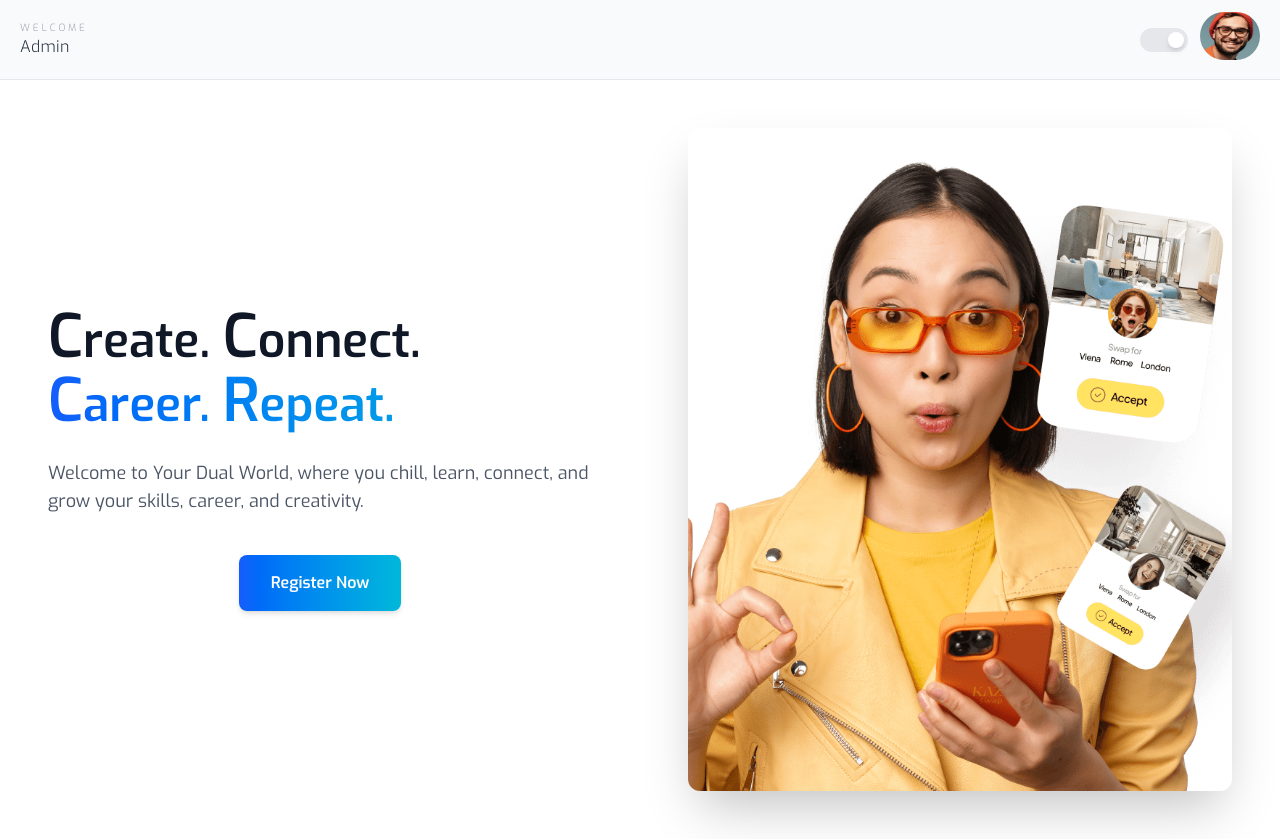
Repository: deepak445566/job
Page: / (app in frontend/)
The author's editor kept a copy of each file at every save. The page is drawn from the files as they stood at one save, then again after the next save.
The browser window is 1280 px wide. The pictures show the whole page.
The page's requests for data from a server got no answer. Some web fonts or font styles are not loaded; a fallback is used. The project was rebuilt for these pictures with package versions that can differ from the ones it lists, and the page was loaded fresh each time. Some packages were replaced by stand-ins written for this rebuild. No one was signed in, and anything a server would have sent is missing. Also part of the build but not shown: frontend/vite.config.js, frontend/src/Components/auth/Login.jsx, frontend/src/Components/study/StudyDashboard.jsx, frontend/src/Components/chill/CreateReelModal.jsx, frontend/src/Components/chill/ChillDashboard.jsx, frontend/src/Components/common/Footer.jsx.

Above is the page before, as saved 2026-02-27 14:50:32.

### frontend/index.html
<!doctype html>
<html lang="en">
  <head>
    <meta charset="UTF-8" />
    <link rel="icon" type="image/svg+xml" href="/vite.svg" />
    <meta name="viewport" content="width=device-width, initial-scale=1.0" />
    <title>frontend</title>
    <link rel="preconnect" href="https://fonts.googleapis.com">
<link rel="preconnect" href="https://fonts.gstatic.com" crossorigin>
<link href="https://fonts.googleapis.com/css2?family=Exo:ital,wght@0,100..900;1,100..900&family=Playfair+Display:ital,wght@0,400..900;1,400..900&display=swap" rel="stylesheet">
  </head>
  <body>
    <div id="root"></div>
    <script type="module" src="/src/main.jsx"></script>
  </body>
</html>

### frontend/src/main.jsx
import { StrictMode } from 'react'
import { createRoot } from 'react-dom/client'
import './index.css'
import App from './App.jsx'
import {BrowserRouter} from 'react-router-dom'
import { AppContextProvider } from './context/AppContextProvider.jsx'




createRoot(document.getElementById('root')).render(
  <BrowserRouter>
  <AppContextProvider>
  <StrictMode>
    <App />
  </StrictMode>
  </AppContextProvider>
  </BrowserRouter>
)

### frontend/src/index.css
@import "tailwindcss";
.exo{
  font-family: "Exo", sans-serif;

  font-style: normal;
}

### frontend/src/App.jsx
import React from "react";
import Login from "./Components/auth/Login";
import { Route, Routes } from "react-router-dom";
import Dashboard from "./Components/Dashboard";
import { useAppContext } from "./context/AppContextProvider";
import Layout from "./Components/common/Layout";

function App() {
  const { showLogin } = useAppContext();

  return (
    <>
      {showLogin && <Login />}

      <Routes>
        {/* Layout wrap karega sab routes ko */}
        <Route path="/" element={<Layout />}>
          <Route index element={<Dashboard />} />
        </Route>
      </Routes>
    </>
  );
}

export default App;

### frontend/src/context/AppContextProvider.jsx
import { useContext, useEffect, useState } from "react";
import { useNavigate } from "react-router-dom";
import axios from "axios";
import { AppContext } from "./AppContext";
import toast from 'react-hot-toast';

axios.defaults.withCredentials = true;
axios.defaults.baseURL = import.meta.env.VITE_BACKEND_URL;
console.log("Base URL:", import.meta.env.VITE_BACKEND_URL);

export const AppContextProvider = ({ children }) => {
  const navigate = useNavigate();
  const [user, setUser] = useState(null);
  const [mode, setMode] = useState('chill'); // Default 'chill' ya 'study'
  const [showLogin, setShowLogin] = useState(false);
  const [loading, setLoading] = useState(true);

  const fetchUser = async () => {
    try {
      const { data } = await axios.get("/api/auth/isauth");
      if (data.success) {
        setUser(data.user);
        // User login hai toh uski mode fetch karo
        fetchUserMode();
      }
    } catch (error) {
      setUser(null);
    } finally {
      setLoading(false);
    }
  };

  // User ka mode fetch karne ka function
  const fetchUserMode = async () => {
    try {
      const { data } = await axios.get("/api/mode/");
      if (data.success) {
        setMode(data.mode);
      }
    } catch (error) {
      console.log("Error fetching mode:", error);
    }
  };

  // Mode toggle karne ka function
  const toggleMode = async () => {
    if (!user) {
      toast.error("Please login first");
      setShowLogin(true);
      return;
    }

    try {
      const { data } = await axios.put("/api/mode/switch");
      if (data.success) {
        setMode(data.mode);
        toast.success(data.message);
      }
    } catch (error) {
      toast.error(error.response?.data?.message || "Error switching mode");
    }
  };

  useEffect(() => {
    fetchUser();
  }, []);

  return (
    <AppContext.Provider
      value={{
        navigate,
        user,
        setUser,
        axios,
        setShowLogin,
        showLogin,
        mode,
        setMode,
        toggleMode,
        loading
      }}
    >
      {children}
    </AppContext.Provider>
  );
};

export const useAppContext = () => useContext(AppContext);

### frontend/src/Components/Dashboard.jsx
// components/Dashboard.jsx
import React from 'react';
import { useAppContext } from '../context/AppContextProvider';
import StudyDashboard from './study/StudyDashboard';
import ChillDashboard from './chill/ChillDashboard';

function Dashboard() {
  const { mode, user, setShowLogin, loading } = useAppContext();

  // Loading state
  if (loading) {
    return (
      <div className="min-h-screen flex items-center justify-center">
        <div className="text-center">
          <div className="w-16 h-16 border-4 border-blue-500 border-t-transparent rounded-full animate-spin mx-auto mb-4"></div>
          <p className="text-gray-600">Loading dashboard...</p>
        </div>
      </div>
    );
  }

  // Agar user login nahi hai
  if (!user) {
    return (
     <div className="min-h-screen  flex items-center justify-center  exo">

      <div className=" w-full   rounded-2xl overflow-hidden flex flex-col md:flex-row">

        {/* Left side: Text and button */}
        <div className="w-full md:w-1/2 p-5 sm:p-10 lg:p-12 flex flex-col justify-center space-y-6">
          {/* Heading */}
          <h1 className="text-4xl sm:text-5xl font-semibold text-gray-900 leading-tight">
           <span className='text-6xl'>C</span>reate.  <span className='text-6xl'>C</span>onnect.
            <span className="text-transparent bg-clip-text bg-gradient-to-r from-blue-600 to-cyan-500 block ">
             <span className='text-6xl'>C</span>areer.  <span className='text-6xl exo'>R</span>epeat.
            </span>
          </h1>

          {/* Paragraph */}
          <p className="text-lg text-gray-600 ">
           Welcome to Your Dual World, where you chill, learn, connect, and grow your skills, career, and creativity.
          </p>

          {/* Register Now Button */}
          <div className="pt-4 flex justify-center">
            <button onClick={()=>setShowLogin(true)} className="px-8 py-4 bg-gradient-to-r from-blue-600 to-cyan-500 text-white font-semibold rounded-lg shadow-md hover:shadow-lg transform hover:scale-105 transition-all duration-300 ease-in-out focus:outline-none focus:ring-2 focus:ring-blue-400 focus:ring-offset-2">
              Register Now
            </button>
          </div>


        </div>

        {/* Right side: Image */}
        <div className="w-full md:w-1/2  flex items-center justify-center p-3 sm:p-10 lg:p-12">

          <img
            src="/images/m.png"
            alt="Hero visual representing our platform"
            className="w-full h-auto rounded-xl shadow-2xl object-cover transform hover:scale-105 transition-transform duration-500"
          />
        </div>
      </div>
    </div>
    );
  }

  // Mode ke hisaab se dashboard render karo
  return (
    <div className="transition-all duration-500">
      {mode === 'study' ? <StudyDashboard /> : <ChillDashboard />}
    </div>
  );
}

export default Dashboard;

### frontend/src/Components/common/Layout.jsx
import Navbar from "./Navbar";
import FloatingDockMinimal from "./Footer";
import { Outlet } from "react-router-dom";
import { useAppContext } from "../../context/AppContextProvider";

function Layout() {
  const { user } = useAppContext(); // ya isAuthenticated

  return (
    <div className="min-h-screen flex flex-col">
      <Navbar />

      {/* Page Content */}
      <div className={`flex-1 ${user ? "pb-20" : ""}`}>
        <Outlet />
      </div>

      {/* 👇 Sirf login user ko dikhega */}
      {user && <FloatingDockMinimal />}
    </div>
  );
}

export default Layout;

### frontend/src/Components/common/Navbar.jsx
import React, { useState } from "react";
import { useAppContext } from "../../context/AppContextProvider";
import toast from "react-hot-toast";

function Navbar() {
  const { user, setUser, axios, setShowLogin, navigate, mode, toggleMode } =
    useAppContext();
  const [loggingOut, setLoggingOut] = useState(false);
  const [togglingMode, setTogglingMode] = useState(false);
  const [showProfileMenu, setShowProfileMenu] = useState(false);

  const handleLogout = async () => {
    try {
      setLoggingOut(true);
      const { data } = await axios.post("/api/auth/logout");
      if (data.success) {
        setUser(null);
        setShowLogin(true);
        toast.success("Logged out successfully");
        navigate("/");
      } else {
        toast.error(data.message || "Logout failed");
      }
    } catch (error) {
      toast.error(error.response?.data?.message || "Error logging out");
    } finally {
      setLoggingOut(false);
      setShowProfileMenu(false);
    }
  };

  const handleToggleMode = async () => {
    try {
      setTogglingMode(true);
      await toggleMode();
    } catch (error) {
      console.error("Error toggling mode:", error);
    } finally {
      setTogglingMode(false);
    }
  };

  const handleProfileClick = () => {
    if (user) {
      setShowProfileMenu(!showProfileMenu);
    } else {
      setShowLogin(true);
    }
  };

  const getInitial = () => {
    if (user?.username) return user.username[0].toUpperCase();
    if (user?.email) return user.email[0].toUpperCase();
    return 'K';
  };

  return (
   <nav className="bg-gray-50 border-b border-gray-200 px-5 py-3 sticky top-0 z-50 exo">
  <div className="flex justify-between items-center max-w-7xl mx-auto">
    {/* Left Side */}
    <div className="flex items-center gap-4">
      <div className="flex flex-col">
        <span className="text-[10px] uppercase tracking-[0.3em] text-gray-400 font-light">
          Welcome
        </span>
        <div className="flex items-center gap-2">
          <span className="text-base font-light text-gray-800 tracking-wide">
            {user?.username || user?.email?.split('@')[0] || 'Admin'}
          </span>
          {user && (
            <span className="w-1 h-1 bg-gray-300 rounded-full"></span>
          )}
        </div>
      </div>
    </div>

    {/* Right Side */}
    <div className="flex items-center gap-3">
      {/* Mode Toggle */}
      <button
        onClick={handleToggleMode}
        disabled={togglingMode || !user}
        className={`relative w-12 h-6 rounded-full transition-all duration-700 ${
          user
            ? mode === 'study'
              ? 'bg-gray-700'
              : 'bg-gray-300'
            : 'bg-gray-200 cursor-not-allowed'
        }`}
        title={!user ? "Login to switch mode" : `Switch to ${mode === 'study' ? 'Chill' : 'Study'}`}
      >
        <span
          className={`absolute top-1 left-1 w-4 h-4 bg-white rounded-full shadow-md transform transition-all duration-500 ease-in-out ${
            mode === 'chill' ? 'translate-x-6' : ''
          }`}
        />
      </button>

      {/* Profile */}
      <div className="relative">
        <button
          onClick={handleProfileClick}
          className="group relative focus:outline-none"
        >
          <div>
            <img src="/images/log.jpg" className="h-12 w-15 rounded-full"/>
          </div>


        </button>

        {/* Profile Menu */}
        {showProfileMenu && user && (
          <>
            <div
              className="fixed inset-0 z-40"
              onClick={() => setShowProfileMenu(false)}
            />

            <div className="absolute right-0 mt-3 w-56 bg-white rounded-2xl shadow-lg border border-gray-100 z-50 overflow-hidden">
              <div className="px-5 py-4 border-b border-gray-100">
                <p className="text-xs text-gray-400 uppercase tracking-[0.2em] mb-2 font-light">
                  Account
                </p>
                <p className="text-sm font-medium text-gray-800 mb-0.5">
                  {user.username || 'User'}
                </p>
                <p className="text-xs text-gray-400 truncate font-light">
                  {user.email || 'user@example.com'}
                </p>
              </div>

              <div className="p-2">
                <button
                  onClick={() => {
                    setShowProfileMenu(false);
                    navigate('/profile');
                  }}
                  className="w-full px-4 py-2.5 text-left hover:bg-gray-50 rounded-xl transition-all duration-200 flex items-center gap-3 text-gray-600 group"
                >
                  <span className="text-sm opacity-50 group-hover:opacity-100 transition-opacity">👤</span>
                  <span className="text-xs font-light tracking-wide">Profile</span>
                </button>

                <div className="h-px bg-gray-100 my-2"></div>

                <button
                  onClick={handleLogout}
                  disabled={loggingOut}
                  className="w-full px-4 py-2.5 text-left hover:bg-gray-50 rounded-xl transition-all duration-200 flex items-center gap-3 text-gray-600 group"
                >
                  <span className="text-sm opacity-50 group-hover:opacity-100 transition-opacity">🚪</span>
                  <span className="text-xs font-light tracking-wide flex-1">
                    {loggingOut ? "Exiting..." : "Sign out"}
                  </span>
                  {loggingOut && (
                    <span className="w-3 h-3 border border-gray-300 border-t-transparent rounded-full animate-spin" />
                  )}
                </button>
              </div>
            </div>
          </>
        )}
      </div>
    </div>
  </div>
</nav>
  );
}

export default Navbar;

Loaded but not shown: frontend/src/context/AppContext.jsx (common file)

After the next save:
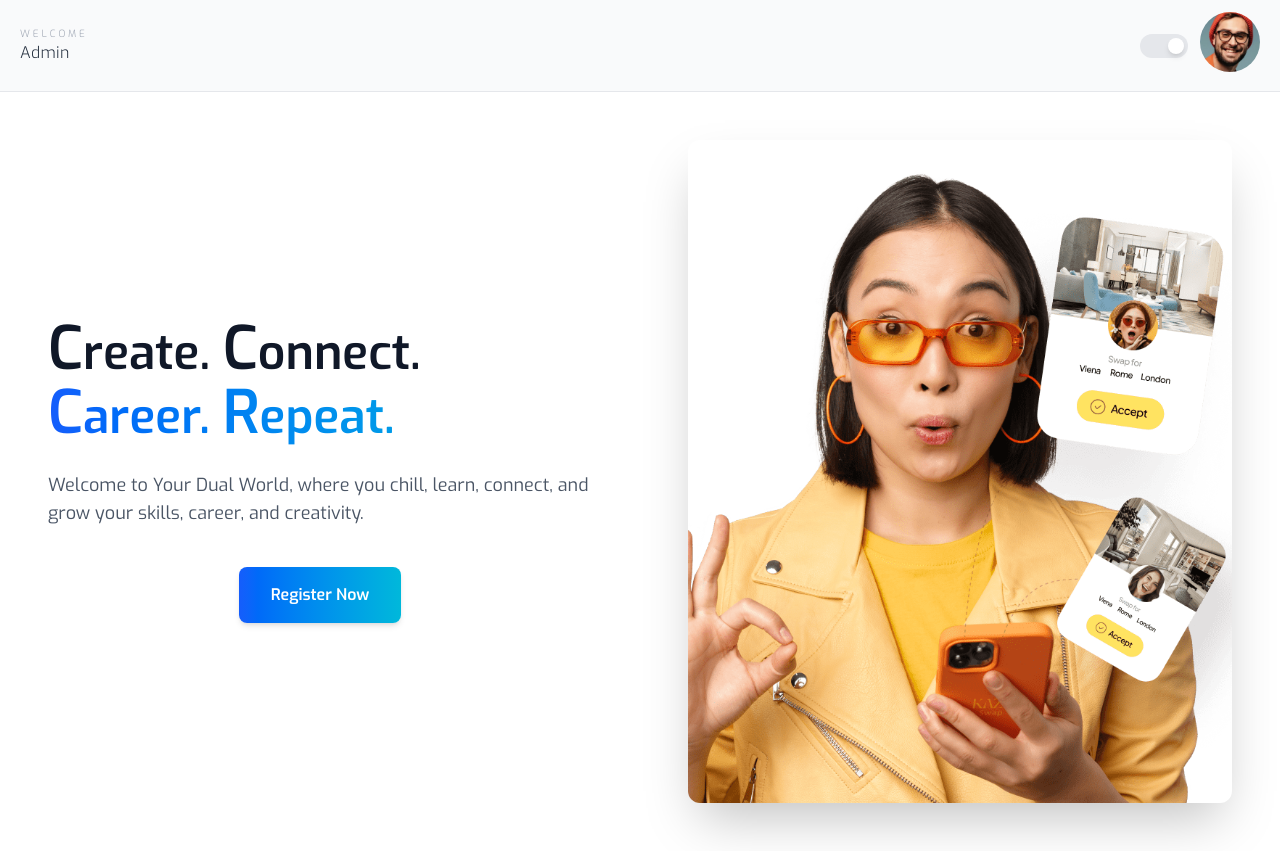
Saved 5 s later.
--- a/frontend/src/Components/common/Navbar.jsx
+++ b/frontend/src/Components/common/Navbar.jsx
@@ -103,7 +103,7 @@ function Navbar() {
           className="group relative focus:outline-none"
         >
           <div>
-            <img src="/images/log.jpg" className="h-12 w-15 rounded-full"/>
+            <img src="/images/log.jpg" className="h-15 w-15 rounded-full"/>
           </div>
 
 
